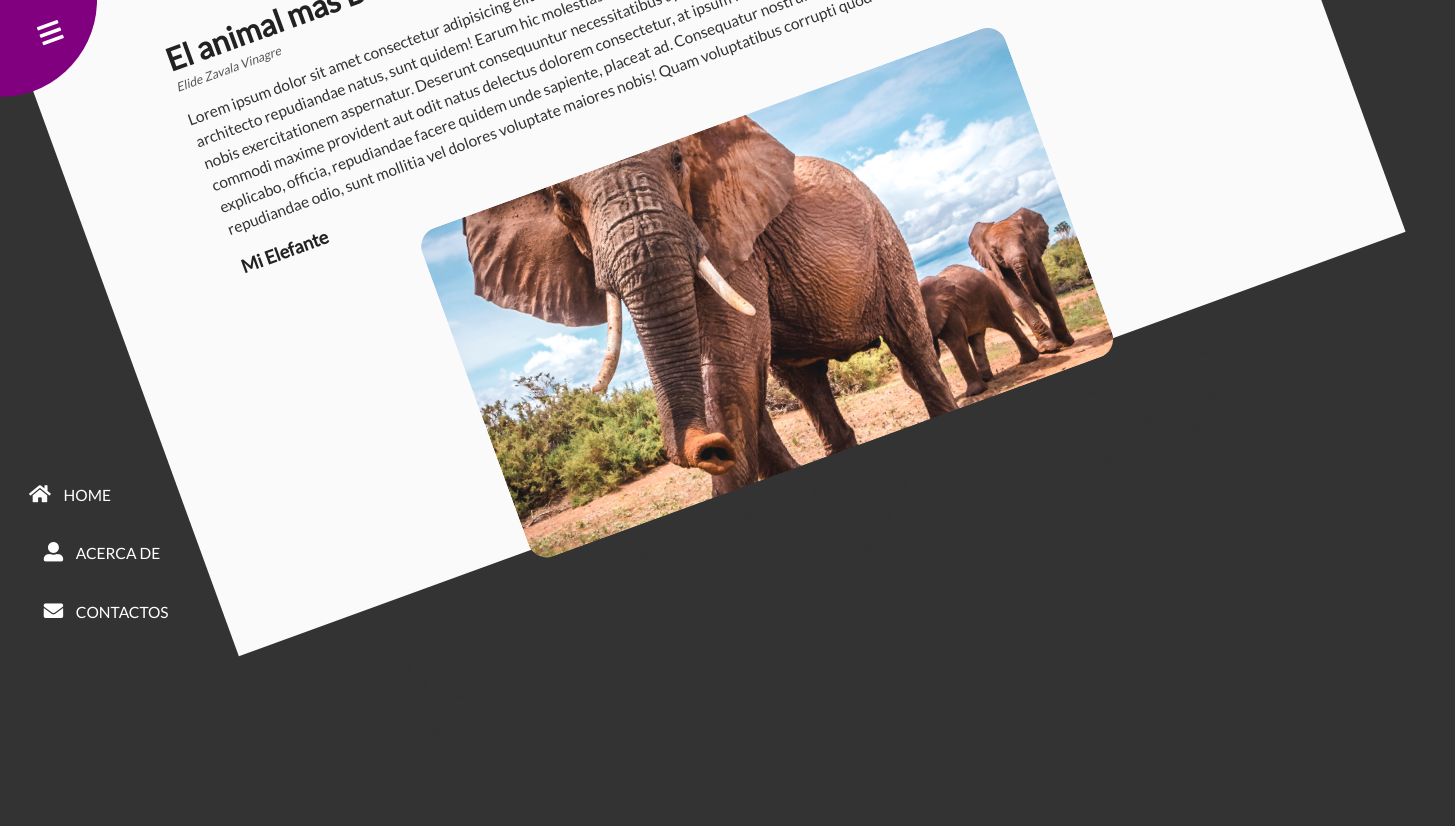
Repository: ElideZavala/Navagacion-en-rotacion
Page: index.html
An editor plug-in stored every save of this project. The page is shown before and after the next save, followed by the edit.
The browser window is 1280 px wide. The page is 1500 px wide, so the pictures cover 1500 px, including what lies to the right of the window. The pictures show the whole page, at 97% of full size.

Above is the page before, as saved 2021-05-29 10:24:13.

After the next save:
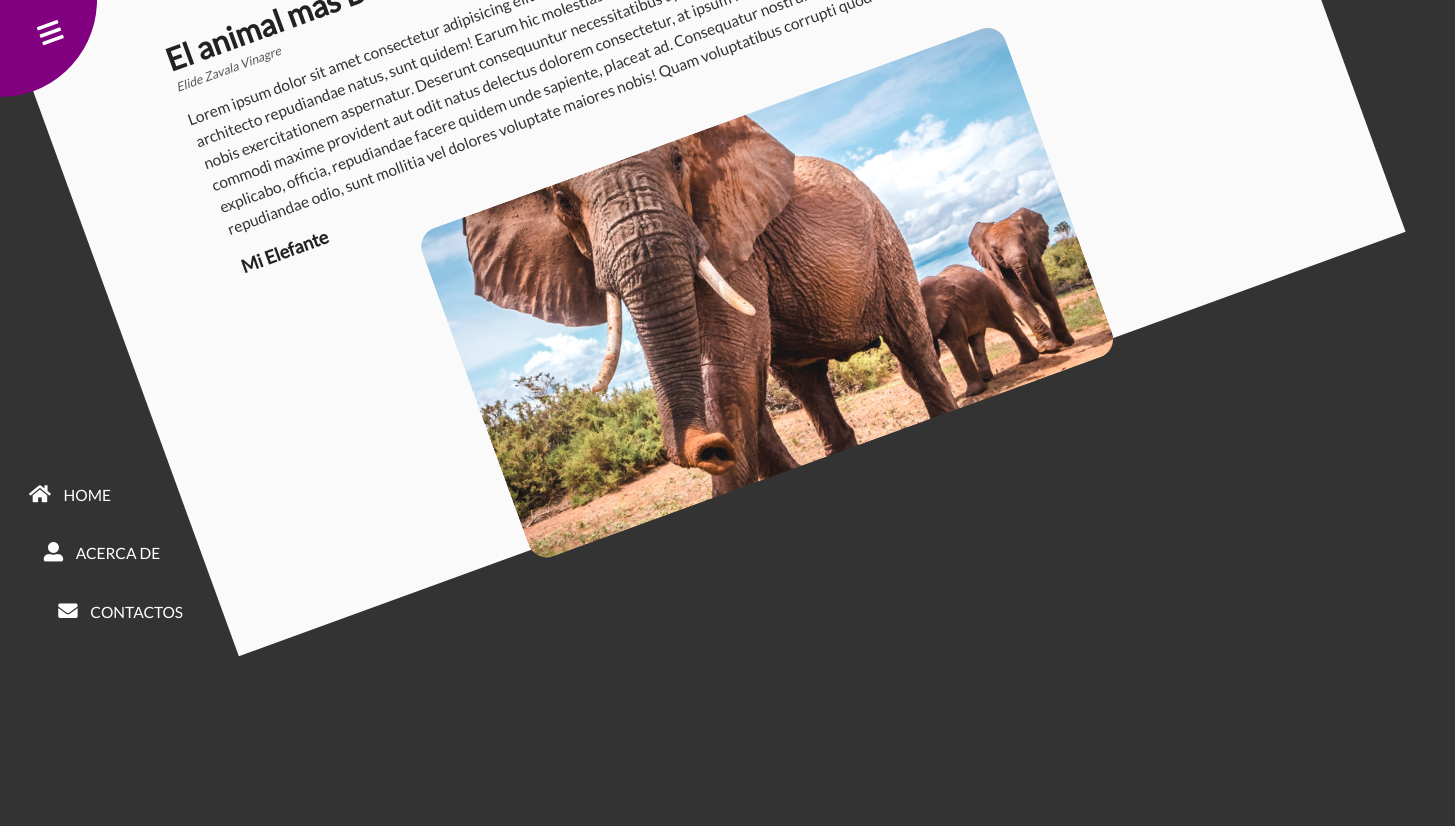
Saved 8 s later.
--- a/style.css
+++ b/style.css
@@ -106,7 +106,7 @@ nav ul li + li {
 }
 
 nav ul li + li + li {
-	margin-left: 15px;
+	margin-left: 30px;
 }
 
 .content {
